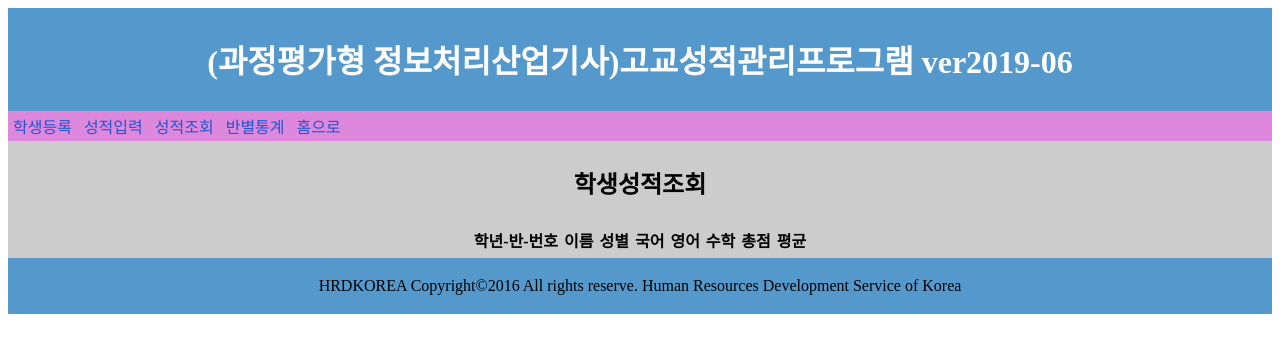
Repository: bolbbal/jdbc
Page: http://localhost/cbq_99/sub4.jsp
The author's editor kept a copy of each file at every save. The page is drawn from the files as they stood at one save, then again after the next save.
The browser window is 1280 px wide. The pictures show the whole page.
The page is served by Tomcat 9. Other server files are loaded and not shown. Queries for data that is not in the repository find no rows.

Above is the page before, as saved 2024-08-26 07:42:41.

### javastudy18/jspStudy/cbq_99/cbq_99/WebContent/sub4.jsp
<%@ page language="java" contentType="text/html; charset=UTF-8"
	pageEncoding="UTF-8"%>
<%@ page import="Model.*"%>
<%@ page import="java.sql.*"%>
<%@ page import="java.util.*"%>
<%@ page import="java.text.*"%>
<%
	ScoreDao dao = new ScoreDao();
List<ScoreVo> list = dao.selectClassScore();

%>
<!DOCTYPE html>
<html>
<head>
<meta charset="UTF-8">
<title>고교성적관리</title>
<style>
header {
	background: #59c;
	padding: 1px;
}

h1 {
	color: #fff;
	text-align: center;
	padding: 6px
}

nav {
	background: #D8D;
	padding: 1px
}

a {
	text-decoration: none;
	color: #25C;
	display: inline-block;
	padding: 2px 4px;
}

section {
	padding: 1px;
	background: #CCC;
}

h2 {
	text-align: center;
	padding: 3px;
}

footer {
	background: #59c;
	padding: 1px;
}

footer p {
	text-align: center;
	padding: 2px;
}

table, th, td {
	border: 1px solid #ccc;
}

table {
	margin: 0 auto;
	text-align:center;
}
</style>

</head>
<body>
	<header>
		<h1>(과정평가형 정보처리산업기사)고교성적관리프로그램 ver2019-06</h1>
	</header>
	<nav>
		<a href="sub1.jsp">학생등록</a> <a href="sub2.jsp">성적입력</a> <a
			href="sub3.jsp">성적조회</a> <a href="sub4.jsp">반별통계</a> <a
			href="index.jsp">홈으로</a>
	</nav>
	<section>
		<h2>학생성적조회</h2>
		<form name="my" method="post" action="sub2pro.jsp"
			onsubmit="return check()">
			<table>
				<tr>
					<th>학년-반-번호</th>
					<th>이름</th>
					<th>성별</th>
					<th>국어</th>
					<th>영어</th>
					<th>수학</th>
					<th>총점</th>
					<th>평균</th>
				</tr>
				<%
					for (ScoreVo vo : list) {
				%>
				<tr>
					<th><%=vo.getSyear()%></th>
					<th><%=vo.getSclass()%></th>
					<th><%=vo.getTname()%></th>
					<th><%=vo.getTkor()%></th>
					<th><%=vo.getTeng()%></th>
					<th><%=vo.getTmat()%></th>
					<th><%=vo.getAkor()%></th>
					<th><%=vo.getAeng()%></th>
					<th><%=vo.getAmat()%></th>
				</tr>
				<%
					}
				%>
			</table>
		</form>
	</section>
	<footer>
		<p>HRDKOREA Copyright&copy;2016 All rights reserve. Human
			Resources Development Service of Korea</p>
	</footer>
</body>
</html>

### javastudy18/jspStudy/cbq_99/cbq_99/src/Model/ScoreDao.java
package Model;

import java.sql.*;
import java.text.DecimalFormat;
import java.util.ArrayList;
import java.util.List;

public class ScoreDao {
	DecimalFormat df = new DecimalFormat("##.0");

	public void close(Connection conn, PreparedStatement pstmt, ResultSet rs) {
		try {
			if (rs != null) {
				rs.close();
			}
			if (pstmt != null) {
				pstmt.close();
			}
			if (conn != null) {
				conn.close();
			}
		} catch (Exception e) {
			e.printStackTrace();
		}
	}

	public void close(Connection conn, PreparedStatement pstmt) {
		try {
			if (pstmt != null) {
				pstmt.close();
			}
			if (conn != null) {
				conn.close();
			}
		} catch (Exception e) {
			e.printStackTrace();
		}
	}

	public void insertStudent(ScoreVo vo) {
		Connection conn = null;
		PreparedStatement pstmt = null;

		String sql = "insert into tbl_student_201905 values (?,?,?,?,?,?,?,?,?)";

		try {
			conn = DBManager.getInstance().getDBManager();
			pstmt = conn.prepareStatement(sql);
			pstmt.setString(1, vo.getSyear());
			pstmt.setString(2, vo.getSclass());
			pstmt.setString(3, vo.getSno());
			pstmt.setString(4, vo.getSname());
			pstmt.setString(5, vo.getBirth());
			pstmt.setString(6, vo.getGender());
			pstmt.setString(7, vo.getTel1());
			pstmt.setString(8, vo.getTel2());
			pstmt.setString(9, vo.getTel3());

			pstmt.executeUpdate();
		} catch (Exception e) {
			e.printStackTrace();
		} finally {
			close(conn, pstmt);
		}
	}

	public void insertScore(ScoreVo vo) {
		Connection conn = null;
		PreparedStatement pstmt = null;

		String sql = "insert into tbl_score_201905 values (?,?,?,?,?,?)";

		try {
			conn = DBManager.getInstance().getDBManager();
			pstmt = conn.prepareStatement(sql);
			pstmt.setString(1, vo.getSyear());
			pstmt.setString(2, vo.getSclass());
			pstmt.setString(3, vo.getSno());
			pstmt.setInt(4, vo.getKor());
			pstmt.setInt(5, vo.getEng());
			pstmt.setInt(6, vo.getMat());

			pstmt.executeUpdate();
		} catch (Exception e) {
			e.printStackTrace();
		} finally {
			close(conn, pstmt);
		}
	}

	public List<ScoreVo> selectScore() {
		Connection conn = null;
		PreparedStatement pstmt = null;
		ResultSet rs = null;

		String sql = "select std.syear, std.sclass, std.sno, std.sname, \r\n" +
				"decode(std.gender, 'M', '남',\r\n" +
				"                   'F', '여') as gender, \r\n" +
				"sc.kor, sc.eng, sc.mat, sum(kor+eng+mat) as tot, \r\n" +
				"round(avg((kor+eng+mat)/3),1) as ave \r\n" +
				"from tbl_student_201905 std, tbl_score_201905 sc \r\n" +
				"where std.sno = sc.sno and std.sclass = sc.sclass\r\n" +
				"group by std.syear, std.sclass, std.sno, std.sname, sc.kor, \r\n" +
				"sc.eng, sc.mat, decode(std.gender, 'M', '남', 'F', '여')\r\n" +
				"order by sclass asc, sno asc";

		List<ScoreVo> list = new ArrayList<ScoreVo>();

		try {
			conn = DBManager.getInstance().getDBManager();
			pstmt = conn.prepareStatement(sql);
			rs = pstmt.executeQuery();

			while(rs.next()) {
				ScoreVo vo = new ScoreVo();
				vo.setSyear(rs.getString("syear"));
				vo.setSclass(rs.getString("sclass"));
				vo.setSno(rs.getString("sno"));
				vo.setSname(rs.getString("sname"));
				vo.setGender(rs.getString("gender"));
				vo.setKor(rs.getInt("kor"));
				vo.setEng(rs.getInt("eng"));
				vo.setMat(rs.getInt("mat"));
				vo.setTot(rs.getInt("tot"));
				double ave = rs.getDouble("ave");
				df.format(ave);
				vo.setAve(ave);

				list.add(vo);
			}
		} catch (Exception e) {
			e.printStackTrace();
		} finally {
			close(conn, pstmt);
		}
		return list;
	}

	public List<ScoreVo> selectClassScore() {
		Connection conn = null;
		PreparedStatement pstmt = null;
		ResultSet rs = null;

		String sql = "select dept.syear, dept.sclass, dept.tname, \r\n" +
				"sum(kor) as tkor, sum(eng) as teng, sum(mat) as tmat,\r\n" +
				"round(avg(kor),1) as akor, round(avg(eng),1) as aeng, round(avg(mat),1) as amat\r\n" +
				"from tbl_dept_201905 dept, tbl_score_201905 score\r\n" +
				"where dept.sclass = score.sclass\r\n" +
				"group by dept.syear, dept.tname, dept.sclass";

		List<ScoreVo> list = new ArrayList<ScoreVo>();

		try {
			conn = DBManager.getInstance().getDBManager();
			pstmt = conn.prepareStatement(sql);
			rs = pstmt.executeQuery();

			while(rs.next()) {
				ScoreVo vo = new ScoreVo();
				vo.setSyear(rs.getString("syear"));
				vo.setSclass(rs.getString("sclass"));
				vo.setTname(rs.getString("tname"));
				vo.setTkor(rs.getInt("tkor"));
				vo.setTeng(rs.getInt("teng"));
				vo.setTmat(rs.getInt("tmat"));

				double akor = rs.getDouble("akor");
				df.format(akor);
				vo.setAkor(akor);

				double aeng = rs.getDouble("aeng");
				df.format(aeng);
				vo.setAeng(aeng);

				double amat = rs.getDouble("amat");
				df.format(amat);
				vo.setAmat(amat);

				list.add(vo);
			}
		} catch (Exception e) {
			e.printStackTrace();
		} finally {
			close(conn, pstmt);
		}
		return list;
	}

	public ScoreVo selectScoreTot() {
		Connection conn = null;
		PreparedStatement pstmt = null;
		ResultSet rs = null;

		String sql = "select sum(kor) as tkor, sum(eng) as teng, sum(mat) as tmat\r\n" +
				"from tbl_score_201905";

		ScoreVo vo = new ScoreVo();

		try {
			conn = DBManager.getInstance().getDBManager();
			pstmt = conn.prepareStatement(sql);
			rs = pstmt.executeQuery();

			if(rs.next()) {

				vo.setTkor(rs.getInt("tkor"));
				vo.setTeng(rs.getInt("teng"));
				vo.setTmat(rs.getInt("tmat"));

			}
		} catch (Exception e) {
			e.printStackTrace();
		} finally {
			close(conn, pstmt);
		}
		return vo;
	}

	public ScoreVo selectScoreAve() {
		Connection conn = null;
		PreparedStatement pstmt = null;
		ResultSet rs = null;

		String sql = "select sum(kor) as tkor, sum(eng) as teng, sum(mat) as tmat\r\n" +
				"from tbl_score_201905";

		ScoreVo vo = new ScoreVo();

		try {
			conn = DBManager.getInstance().getDBManager();
			pstmt = conn.prepareStatement(sql);
			rs = pstmt.executeQuery();

			if(rs.next()) {

				double akor = rs.getDouble("akor");
				df.format(akor);
				vo.setAkor(akor);

				double aeng = rs.getDouble("aeng");
				df.format(aeng);
				vo.setAeng(aeng);

				double amat = rs.getDouble("amat");
				df.format(amat);
				vo.setAmat(amat);
			}
		} catch (Exception e) {
			e.printStackTrace();
		} finally {
			close(conn, pstmt);
		}
		return vo;
	}
}

### javastudy18/jspStudy/cbq_99/cbq_99/src/Model/DBManager.java
package Model;

import java.sql.Connection;
import java.sql.DriverManager;

public class DBManager {
	private static DBManager instance = new DBManager();
	private DBManager() {

	}

	public static DBManager getInstance() {
		return instance;
	}

	public Connection getDBManager() {
		Connection conn = null;

		String driver = "oracle.jdbc.driver.OracleDriver";
		String url = "jdbc:oracle:thin:@localhost:1521:xe";
		String id = "jsl18";
		String pw = "1234";

		try {
			Class.forName(driver);
			conn = DriverManager.getConnection(url,id,pw);
		} catch (Exception e) {
			e.printStackTrace();
		}

		return conn;
	}
}

After the next save:
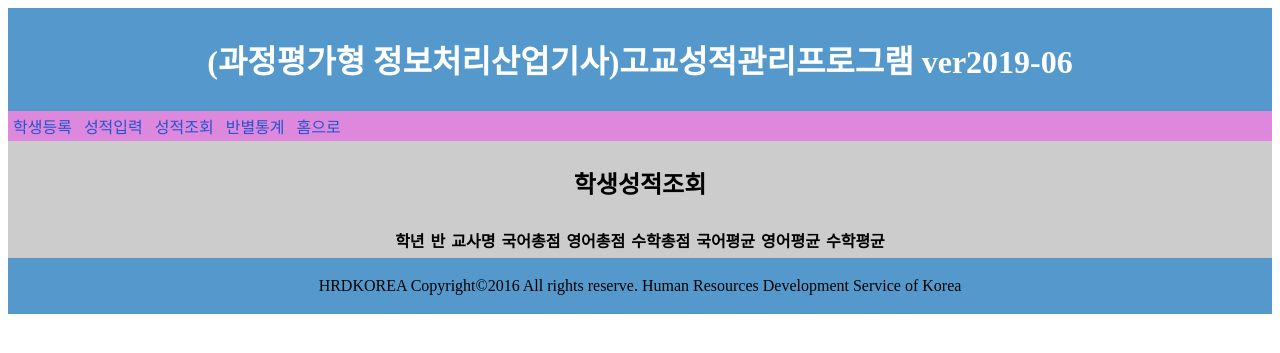
Saved 56 s later.
--- a/javastudy18/jspStudy/cbq_99/cbq_99/WebContent/sub4.jsp
+++ b/javastudy18/jspStudy/cbq_99/cbq_99/WebContent/sub4.jsp
@@ -84,14 +84,15 @@
 			onsubmit="return check()">
 			<table>
 				<tr>
-					<th>학년-반-번호</th>
-					<th>이름</th>
-					<th>성별</th>
-					<th>국어</th>
-					<th>영어</th>
-					<th>수학</th>
-					<th>총점</th>
-					<th>평균</th>
+					<th>학년</th>
+					<th>반</th>
+					<th>교사명</th>
+					<th>국어총점</th>
+					<th>영어총점</th>
+					<th>수학총점</th>
+					<th>국어평균</th>
+					<th>영어평균</th>
+					<th>수학평균</th>
 				</tr>
 				<%
 					for (ScoreVo vo : list) {
